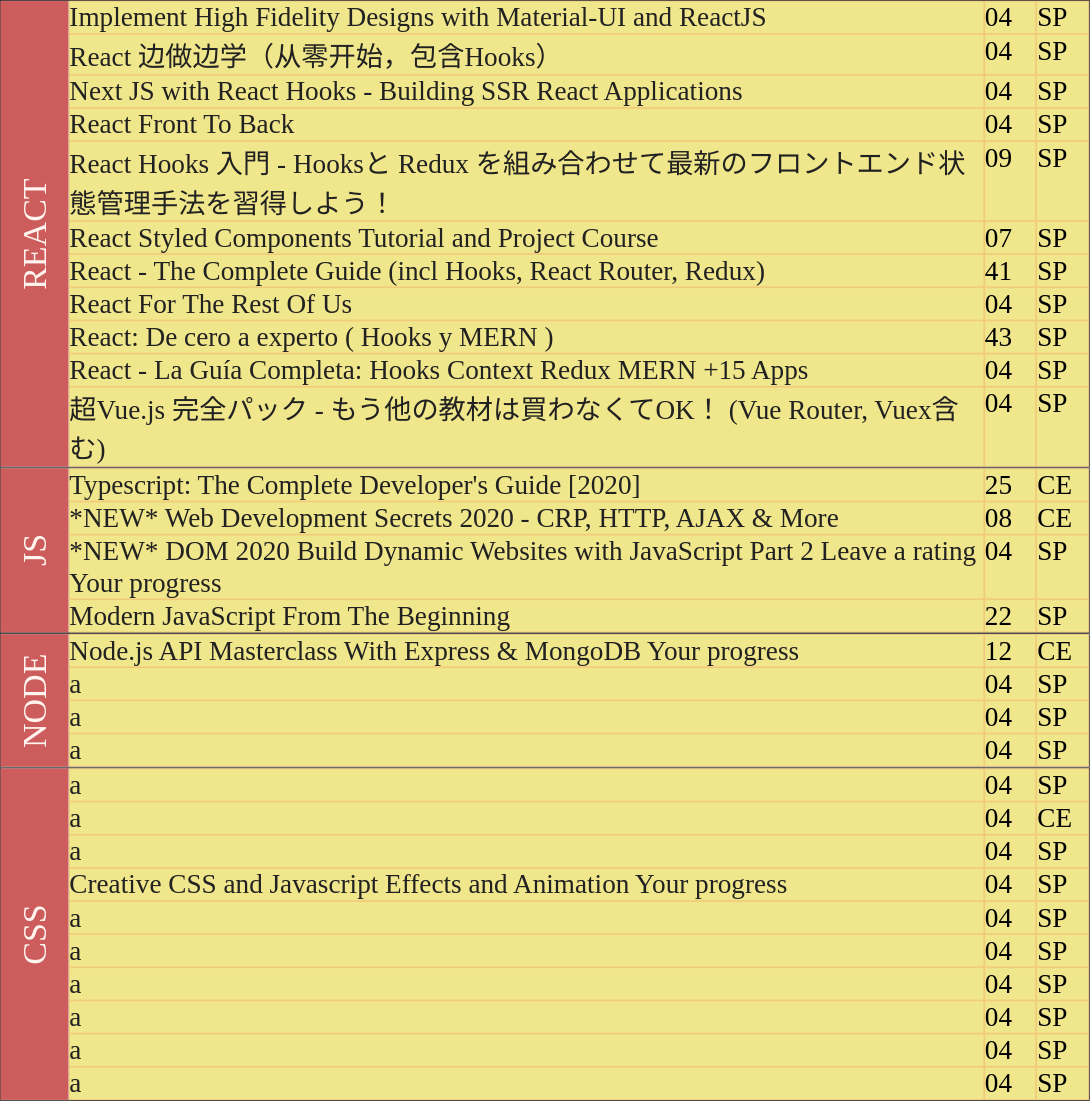
Repository: ClementLight/plan
Page: codicrs.html
These files come from the project's save history. The page is drawn as it stood at one moment and after the next save; the edit follows.
The browser window is 1280 px wide. The page is 1282 px wide, so the pictures cover 1282 px, including what lies to the right of the window. The pictures show the whole page, at 85% of full size.

Above is the page before, as saved 2020-08-21 15:06:49.

### codicrs.html
<!DOCTYPE html>
<html lang="en">
  <head>
    <meta charset="UTF-8" />
    <meta name="viewport" content="width=device-width, initial-scale=1.0" />
    <title>Document</title>
    <style>
      body {
        padding: 0;
        margin: 0;
        box-sizing: border-box;
      }
      .maincontainers {
        display: flex;
        width: 100%;
        background: gainsboro;
        border: 1px solid #212121;
      }

      .lessontype {
        flex-basis: 5%;
        font-size: 2.5rem;
        border: rgba(255, 255, 255, 0.05) 1px solid;
        background-color: indianred;
        /* background: none; */
        color: seashell;
        transform: rotate(-180deg);
        /* transform-origin: 0 0; */
        display: flex;
        /* position: relative; */
        /* height: 100%; */
        writing-mode: vertical-rl;
        padding: 1vh;
        align-items: center;
        justify-content: center;
      }

      .lessons {
        flex-basis: 95%;
        display: flex;
        flex-direction: column;
        font-size: 2rem;
        background-color: khaki;
        position: relative;
      }
      .lesson {
        display: flex;
      }
      .lessonname {
        flex-basis: 90%;
        border: #ff000020 0.5px solid;
      }
      .lesson:hover {
        background-color: lightcoral;
        /* transition: 0.02s; */
      }
      .lesson:active {
        background-color: lightskyblue;
        transition: 0.1s;
      }
      .account {
        flex-basis: 5%;
        border: #ff000020 0.5px solid;
      }
      .hours {
        flex-basis: 5%;
        border: #ff000020 0.5px solid;
      }
      a:link {
        color: #212121;
        text-decoration: none;
      }

      a:visited {
        color: #212121;
        text-decoration: none;
      }

      a:hover {
        text-decoration: none;
      }

      a:active {
        text-decoration: none;
      }
    </style>
  </head>
  <body>
    <section class="maincontainers">
      <div class="lessontype">REACT</div>
      <div class="lessons">
        <div class="lesson">
          <a class="lessonname" href="https://www.udemy.com/course/implement-high-fidelity-designs-with-material-ui-and-reactjs/learn/lecture/16234402?start=165#overview">Implement High Fidelity Designs with Material-UI and ReactJS</a>
          <span class="hours">04</span>
          <span class="account">SP</span>
        </div>
        <div class="lesson">
          <a class="lessonname" href="https://www.udemy.com/course/react-lean-by-doing/learn/lecture/16800324?start=512#overview">React 边做边学（从零开始，包含Hooks）</a>
          <span class="hours">04</span>
          <span class="account">SP</span>
        </div>
        <div class="lesson">
          <a class="lessonname" href="https://www.udemy.com/course/next-js-react-hooks/learn/lecture/14095110?start=0#overview">Next JS with React Hooks - Building SSR React Applications</a>
          <span class="hours">04</span>
          <span class="account">SP</span>
        </div>
        <div class="lesson">
          <a class="lessonname" href="https://www.udemy.com/course/modern-react-front-to-back/learn/lecture/14969812?start=174#overview">React Front To Back</a>
          <span class="hours">04</span>
          <span class="account">SP</span>
        </div>
        <div class="lesson">
          <a class="lessonname" href="https://www.udemy.com/course/react-hooks-101/learn/lecture/15049578?start=0#overview">React Hooks 入門 - Hooksと Redux を組み合わせて最新のフロントエンド状態管理手法を習得しよう！</a>
          <span class="hours">09</span>
          <span class="account">SP</span>
        </div>
        <div class="lesson">
          <a class="lessonname" href="https://www.udemy.com/course/styled-components-tutorial-and-project-course/learn/lecture/15328098?start=15#overview">React Styled Components Tutorial and Project Course</a>
          <span class="hours">07</span>
          <span class="account">SP</span>
        </div>
        <div class="lesson">
          <a class="lessonname" href="https://www.udemy.com/course/react-the-complete-guide-incl-redux/learn/lecture/13556330#overview">React - The Complete Guide (incl Hooks, React Router, Redux)</a>
          <span class="hours">41</span>
          <span class="account">SP</span>
        </div>
        <div class="lesson">
          <a class="lessonname" href="https://www.udemy.com/course/react-for-the-rest-of-us/learn/lecture/18081709#overview">React For The Rest Of Us</a>
          <span class="hours">04</span>
          <span class="account">SP</span>
        </div>
        <div class="lesson">
          <a class="lessonname" href="https://www.udemy.com/course/react-cero-experto/learn/lecture/19751074?start=0#announcements">React: De cero a experto ( Hooks y MERN )</a>
          <span class="hours">43</span>
          <span class="account">SP</span>
        </div>
        <div class="lesson">
          <a class="lessonname" href="https://www.udemy.com/course/react-de-principiante-a-experto-creando-mas-de-10-aplicaciones/learn/lecture/17666784?start=0#announcements">React - La Guía Completa: Hooks Context Redux MERN +15 Apps</a>
          <span class="hours">04</span>
          <span class="account">SP</span>
        </div>
        <div class="lesson">
          <a class="lessonname" href="https://www.udemy.com/course/vue-js-complete-guide/learn/lecture/15370946?#overview">超Vue.js 完全パック - もう他の教材は買わなくてOK！ (Vue Router, Vuex含む)</a>
          <span class="hours">04</span>
          <span class="account">SP</span>
        </div>
      </div>
    </section>
    <section class="maincontainers">
      <div class="lessontype">JS</div>
      <div class="lessons">
        <div class="lesson">
          <a class="lessonname" href="https://www.udemy.com/course/typescript-the-complete-developers-guide/learn/lecture/14504488?start=0#overview">Typescript: The Complete Developer's Guide [2020]</a>
          <span class="hours">25</span>
          <span class="account">CE</span>
        </div>
        <div class="lesson">
          <a class="lessonname" href="https://www.udemy.com/course/new-web-development-secrets/learn/lecture/15578344?start=0#overview">*NEW* Web Development Secrets 2020 - CRP, HTTP, AJAX & More</a>
          <span class="hours">08</span>
          <span class="account">CE</span>
        </div>
        <div class="lesson">
          <a class="lessonname" href="https://www.udemy.com/course/build-dynamic-websites-dom-2/learn/lecture/17908964#overview">*NEW* DOM 2020 Build Dynamic Websites with JavaScript Part 2 Leave a rating Your progress</a>
          <span class="hours">04</span>
          <span class="account">SP</span>
        </div>
        <div class="lesson">
          <a class="lessonname" href="https://www.udemy.com/course/modern-javascript-from-the-beginning/learn/lecture/8762504?start=0#overview">Modern JavaScript From The Beginning</a>
          <span class="hours">22</span>
          <span class="account">SP</span>
        </div>
      </div>
    </section>
    <section class="maincontainers">
      <div class="lessontype">NODE</div>
      <div class="lessons">
        <div class="lesson">
          <a class="lessonname" href="https://www.udemy.com/course/nodejs-api-masterclass/learn/lecture/16581402?start=0#overview">Node.js API Masterclass With Express & MongoDB Your progress </a>
          <span class="hours">12</span>
          <span class="account">CE</span>
        </div>
        <div class="lesson">
          <a class="lessonname" href="">a</a>
          <span class="hours">04</span>
          <span class="account">SP</span>
        </div>
        <div class="lesson">
          <a class="lessonname" href="">a</a>
          <span class="hours">04</span>
          <span class="account">SP</span>
        </div>
        <div class="lesson">
          <a class="lessonname" href="">a</a>
          <span class="hours">04</span>
          <span class="account">SP</span>
        </div>
      </div>
    </section>
    <section class="maincontainers">
      <div class="lessontype">CSS</div>
      <div class="lessons">
        <div class="lesson">
          <a class="lessonname" href="">a</a>
          <span class="hours">04</span>
          <span class="account">SP</span>
        </div>
        <div class="lesson">
          <a class="lessonname" href="">a</a>
          <span class="hours">04</span>
          <span class="account">CE</span>
        </div>
        <div class="lesson">
          <a class="lessonname" href="">a</a>
          <span class="hours">04</span>
          <span class="account">SP</span>
        </div>
        <div class="lesson">
          <a class="lessonname" href="https://www.udemy.com/course/creative-css-and-javascript-effects-and-animation/learn/lecture/20827122#overview">Creative CSS and Javascript Effects and Animation Your progress </a>
          <span class="hours">04</span>
          <span class="account">SP</span>
        </div>
        <div class="lesson">
          <a class="lessonname" href="">a</a>
          <span class="hours">04</span>
          <span class="account">SP</span>
        </div>
        <div class="lesson">
          <a class="lessonname" href="">a</a>
          <span class="hours">04</span>
          <span class="account">SP</span>
        </div>
        <div class="lesson">
          <a class="lessonname" href="">a</a>
          <span class="hours">04</span>
          <span class="account">SP</span>
        </div>
        <div class="lesson">
          <a class="lessonname" href="">a</a>
          <span class="hours">04</span>
          <span class="account">SP</span>
        </div>
        <div class="lesson">
          <a class="lessonname" href="">a</a>
          <span class="hours">04</span>
          <span class="account">SP</span>
        </div>
        <div class="lesson">
          <a class="lessonname" href="">a</a>
          <span class="hours">04</span>
          <span class="account">SP</span>
        </div>
      </div>
    </section>
  </body>
</html>

After the next save:
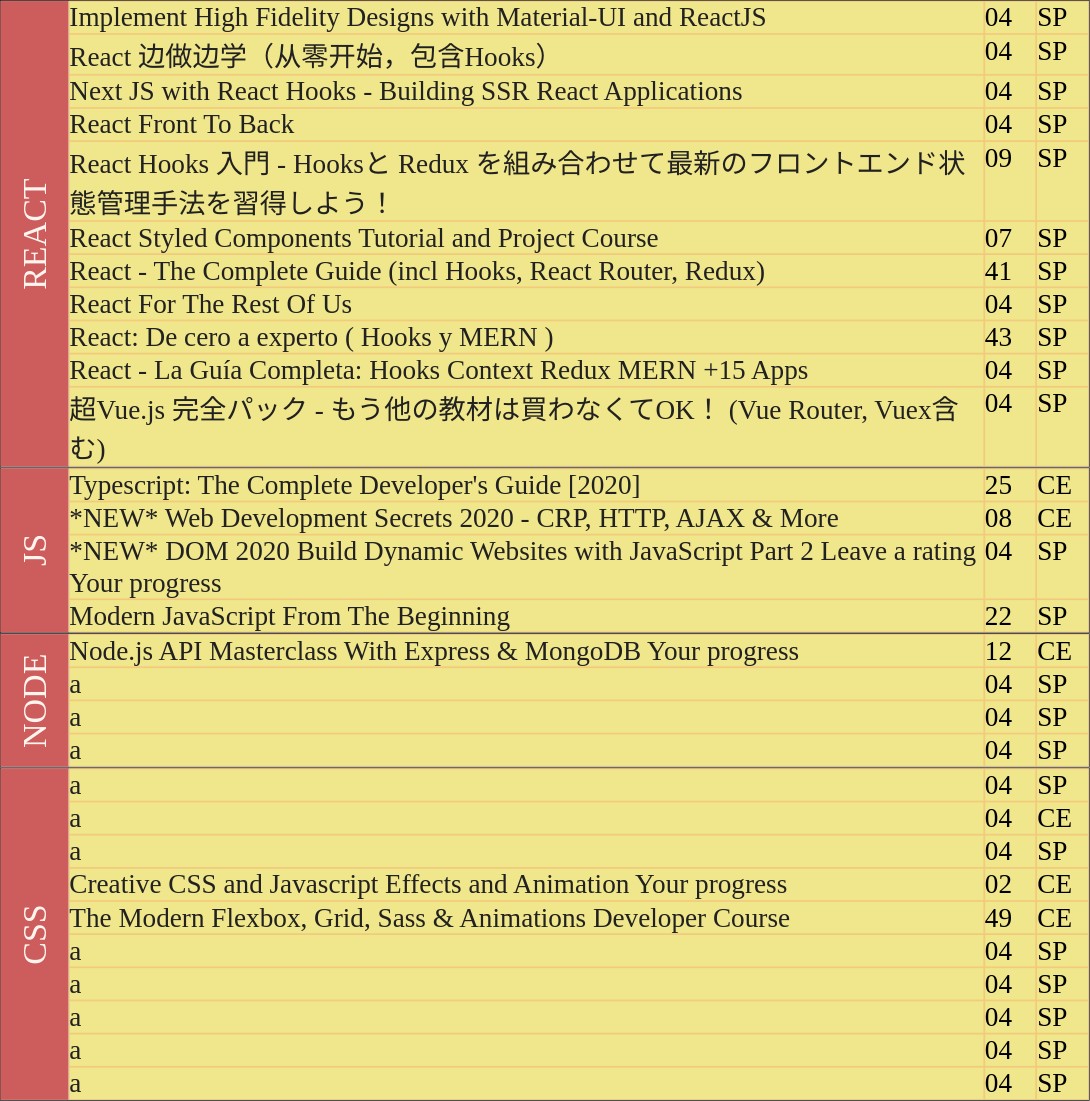
Saved 2 min 10 s later.
--- a/codicrs.html
+++ b/codicrs.html
@@ -216,13 +216,13 @@
         </div>
         <div class="lesson">
           <a class="lessonname" href="https://www.udemy.com/course/creative-css-and-javascript-effects-and-animation/learn/lecture/20827122#overview">Creative CSS and Javascript Effects and Animation Your progress </a>
-          <span class="hours">04</span>
-          <span class="account">SP</span>
-        </div>
-        <div class="lesson">
-          <a class="lessonname" href="">a</a>
-          <span class="hours">04</span>
-          <span class="account">SP</span>
+          <span class="hours">02</span>
+          <span class="account">CE</span>
+        </div>
+        <div class="lesson">
+          <a class="lessonname" href="">The Modern Flexbox, Grid, Sass & Animations Developer Course</a>
+          <span class="hours">49</span>
+          <span class="account">CE</span>
         </div>
         <div class="lesson">
           <a class="lessonname" href="">a</a>
